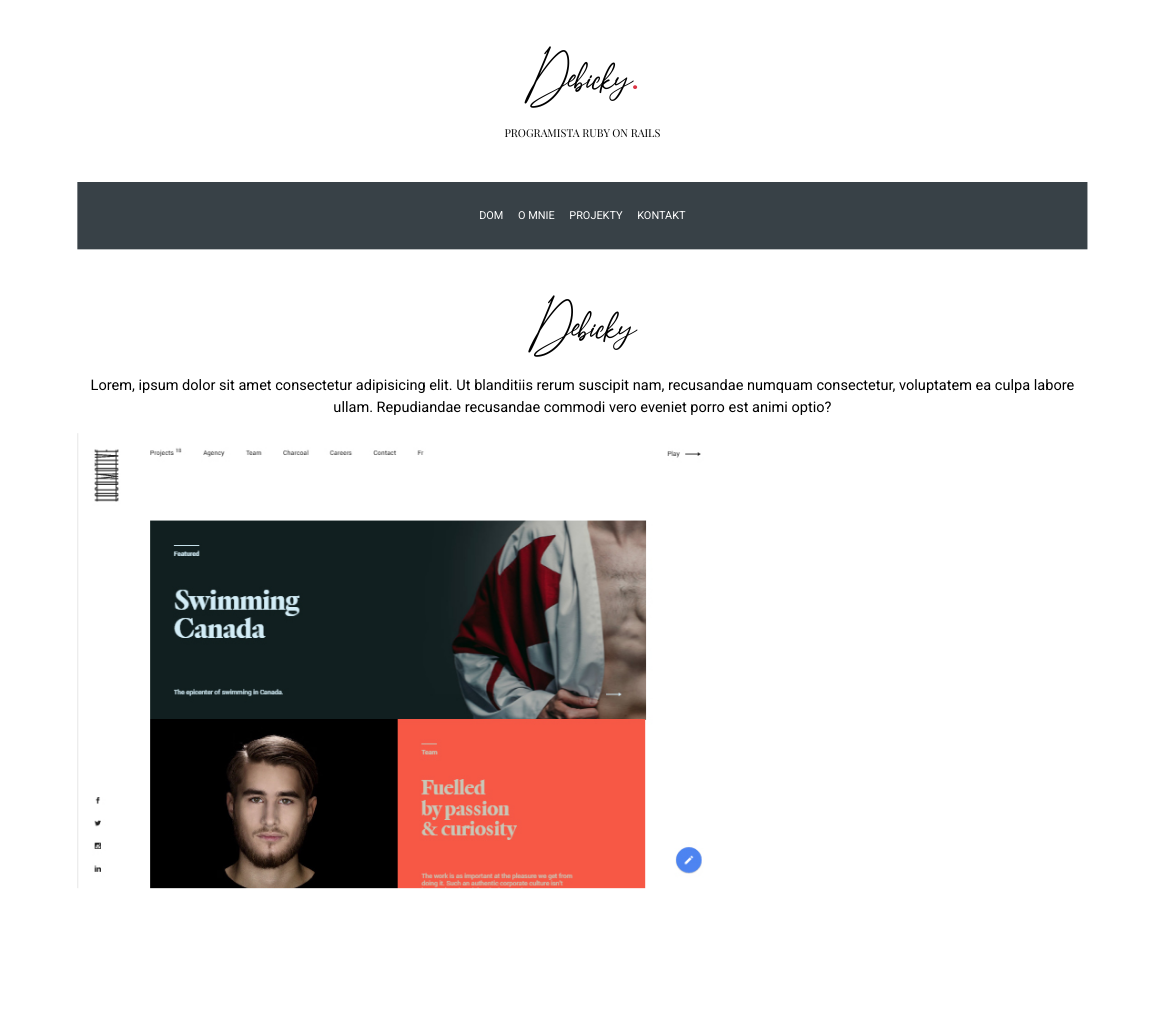
Repository: debicky/debicky.github.io
Page: index.html
An editor plug-in stored every save of this project. The page is shown before and after a run of saves, followed by the edit.
The browser window is 1280 px wide. The pictures show the whole page, at 91% of full size.
Some web libraries are served in a nearby version.

Above is the page before, as saved 2020-06-10 09:29:50.

After the next 2 saves:
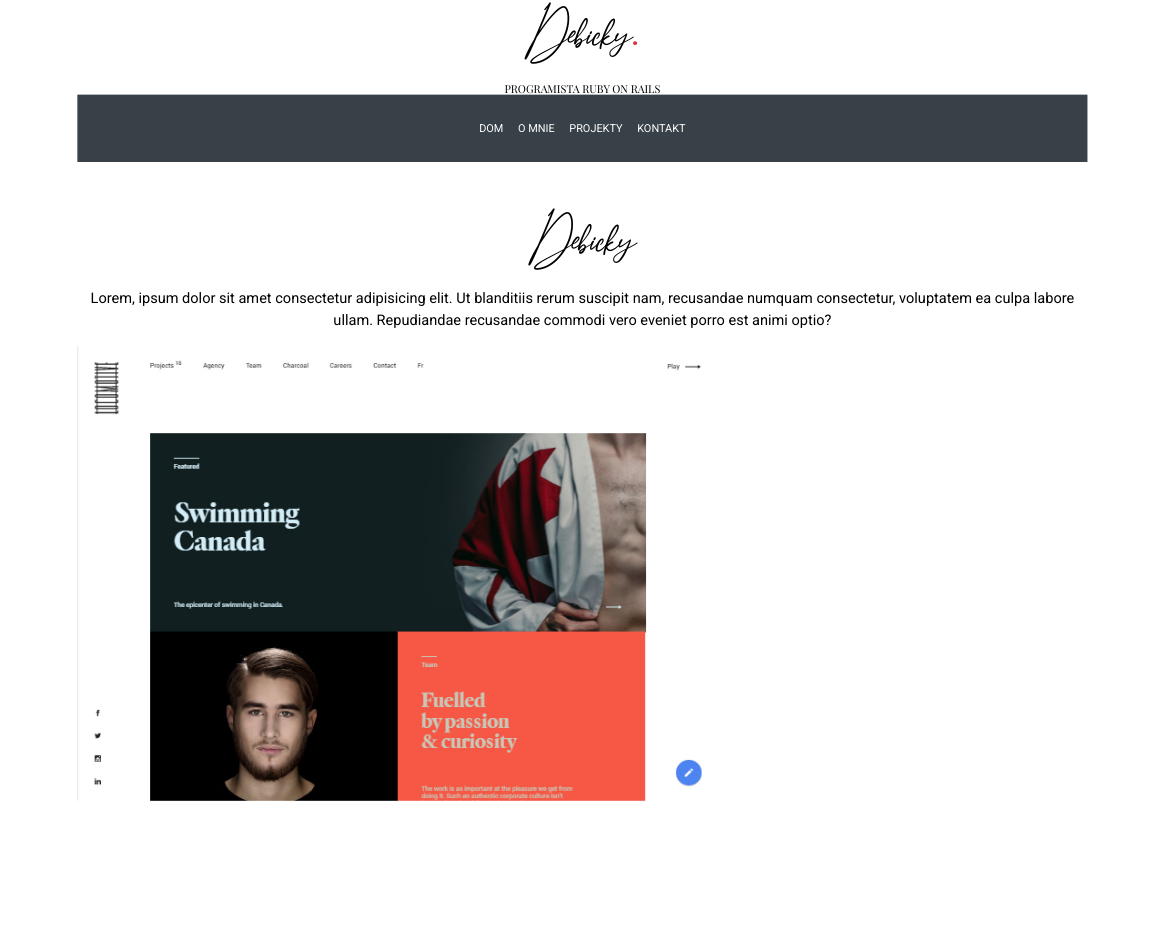
The 2 saves are shown as one change because they came seconds apart.
The last was saved 10 s later.
--- a/styles.css
+++ b/styles.css
@@ -12,6 +12,8 @@ body, html {
 a:hover {
   text-decoration: none;;
 }
+
+Heading
 
 header{
   height: 200px;

After the 2 saves that followed:
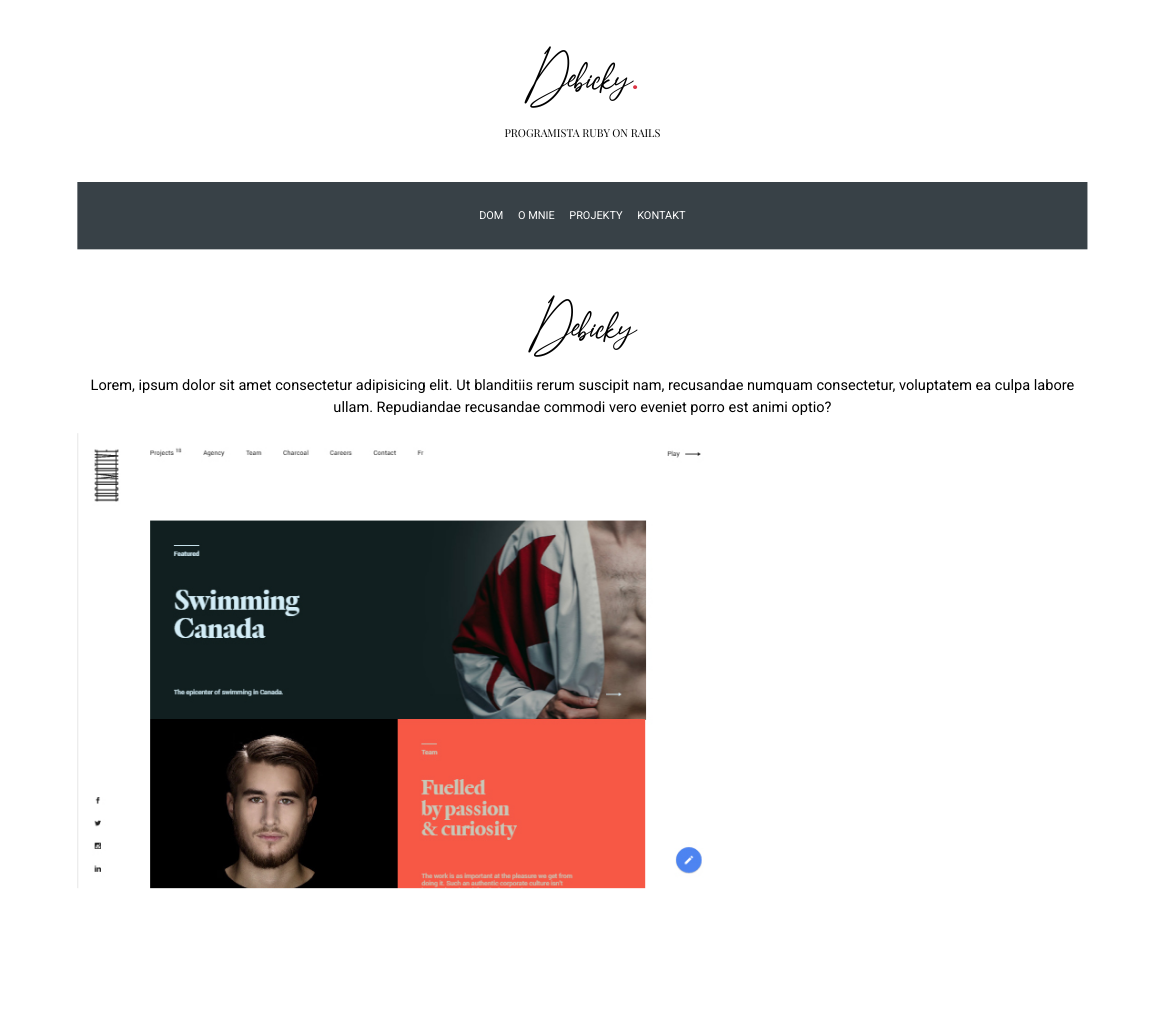
The 2 saves are shown as one change because they came seconds apart.
The last was saved 8 s later.
--- a/styles.css
+++ b/styles.css
@@ -13,7 +13,7 @@ a:hover {
   text-decoration: none;;
 }
 
-Heading
+/* Heading  */
 
 header{
   height: 200px;
